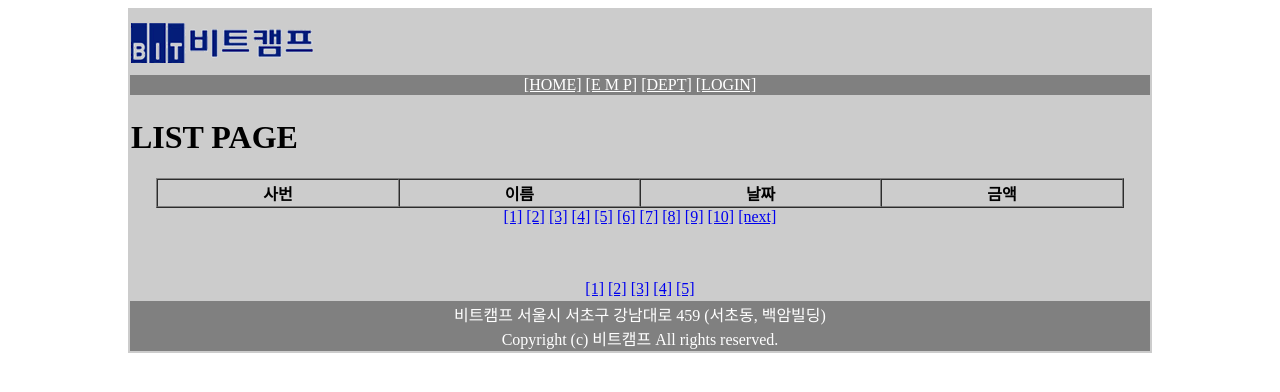
Repository: kwakjaeyeon/webWorkspace
Page: http://localhost/web05/emp/list.jsp?page=1
The author's editor kept a copy of each file at every save. The page is drawn from the files as they stood at one save, then again after the next save.
The browser window is 1280 px wide. The pictures show the whole page.
The page is served by Tomcat 9. Queries for data that is not in the repository find no rows.

Above is the page before, as saved 2020-07-03 04:15:52.

After the next save:
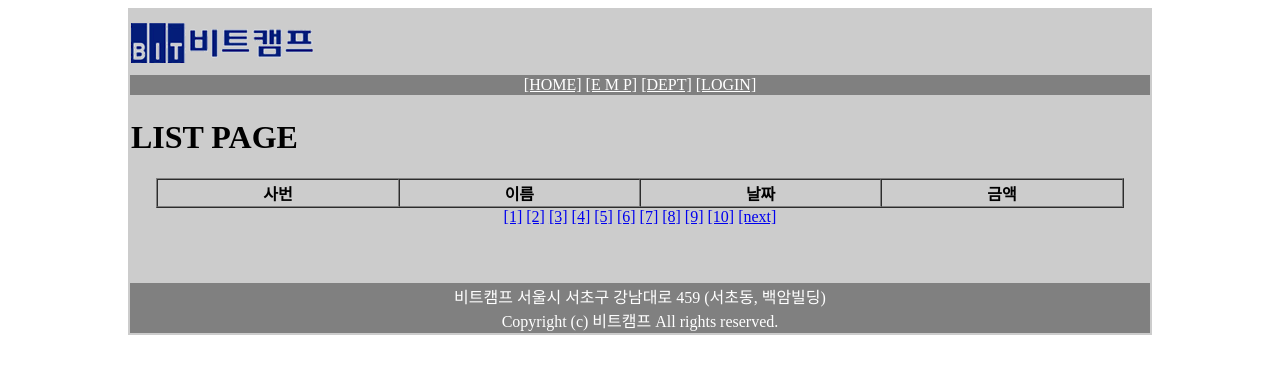
Saved 40 min 26 s later.
--- a/web05/WebContent/emp/list.jsp
+++ b/web05/WebContent/emp/list.jsp
@@ -88,11 +88,6 @@
 	%>
 
 	<br>	<br>	<br>	<br>
-		<a href = "list.jsp?page=1">[1]</a>
-		<a href = "list.jsp?page=2">[2]</a>
-		<a href = "list.jsp?page=3">[3]</a>
-		<a href = "list.jsp?page=4">[4]</a>
-		<a href = "list.jsp?page=5">[5]</a>
 	</center>
 
 
